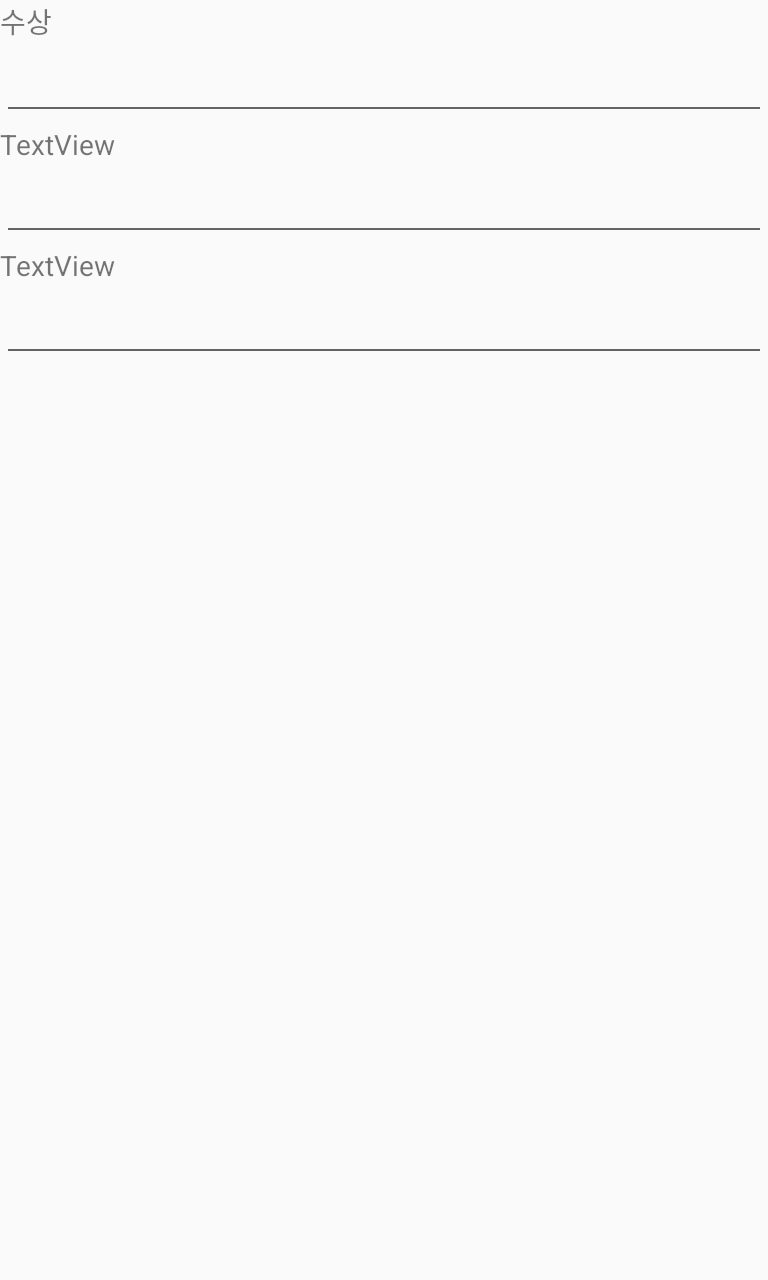
Repository: mittelstand/Rastro
Layout: App/Rastro/Rastro/res/layout/add.xml
The author's editor kept a copy of each file at every save. The layout is drawn from the files as they stood at one save, then again after the next save.
It is drawn on a 768 x 1280 px phone screen (xhdpi) without system bars, with theme AppTheme; the app's code is not run.

Above is the layout before, as saved 2015-01-14 03:35:51.

### App/Rastro/Rastro/res/layout/add.xml
<LinearLayout xmlns:android="http://schemas.android.com/apk/res/android"
    android:layout_width="fill_parent"
    android:layout_height="fill_parent"
    android:orientation="vertical" >

    <TextView
        android:id="@+id/textView1"
        android:layout_width="wrap_content"
        android:layout_height="wrap_content"
        android:text="수상" />

    <EditText
        android:id="@+id/editText1"
        android:layout_width="match_parent"
        android:layout_height="wrap_content"
        android:ems="10" >


    </EditText>

    <TextView
        android:id="@+id/textView2"
        android:layout_width="wrap_content"
        android:layout_height="wrap_content"
        android:text="TextView" />

    <EditText
        android:id="@+id/editText2"
        android:layout_width="match_parent"
        android:layout_height="wrap_content"
        android:ems="10" />

    <TextView
        android:id="@+id/textView3"
        android:layout_width="wrap_content"
        android:layout_height="wrap_content"
        android:text="TextView" />

    <EditText
        android:id="@+id/editText3"
        android:layout_width="match_parent"
        android:layout_height="wrap_content"
        android:ems="10" />

</LinearLayout>

Loaded but not shown: App/Rastro/Rastro/res/values/styles.xml (common file); App/Rastro/Rastro/res/values-v11/styles.xml (common file); App/Rastro/Rastro/res/values-v14/styles.xml (common file)

After the next save:
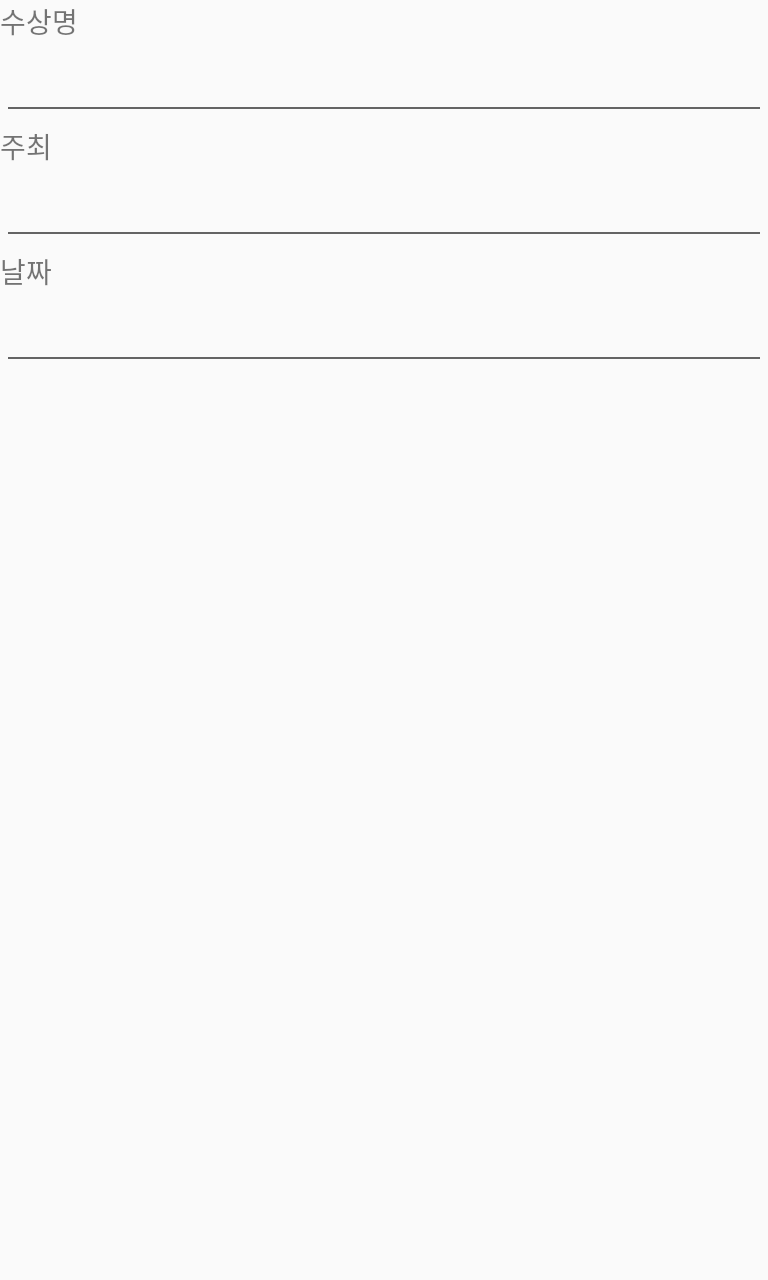
Saved 2 min 11 s later.
--- a/App/Rastro/Rastro/res/layout/add.xml
+++ b/App/Rastro/Rastro/res/layout/add.xml
@@ -7,35 +7,29 @@
         android:id="@+id/textView1"
         android:layout_width="wrap_content"
         android:layout_height="wrap_content"
-        android:text="수상" />
-
+        android:text="수상명" />
     <EditText
         android:id="@+id/editText1"
         android:layout_width="match_parent"
         android:layout_height="wrap_content"
         android:ems="10" >
-
-
     </EditText>
 
     <TextView
         android:id="@+id/textView2"
         android:layout_width="wrap_content"
         android:layout_height="wrap_content"
-        android:text="TextView" />
-
+        android:text="주최" />
     <EditText
         android:id="@+id/editText2"
         android:layout_width="match_parent"
         android:layout_height="wrap_content"
         android:ems="10" />
-
     <TextView
         android:id="@+id/textView3"
         android:layout_width="wrap_content"
         android:layout_height="wrap_content"
-        android:text="TextView" />
-
+        android:text="날짜" />
     <EditText
         android:id="@+id/editText3"
         android:layout_width="match_parent"
